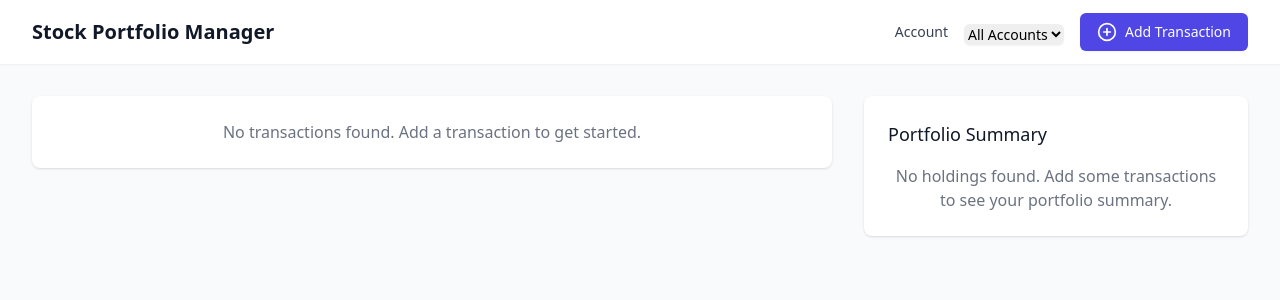
Repository: gpierre004/stock_portfolio_management
Page: /
These files come from the project's save history. The page is drawn as it stood at one moment and after the next save; the edit follows.
The browser window is 1280 px wide. The pictures show the whole page.
The page's requests for data from a server got no answer. The project was rebuilt for these pictures with package versions that can differ from the ones it lists, and the page was loaded fresh each time. No one was signed in, and anything a server would have sent is missing. Also part of the build but not shown: vite.config.ts, src/components/TransactionForm.tsx, src/components/ErrorBoundary.tsx.

Above is the page before, as saved 2024-11-22 21:20:51.

After the next save:
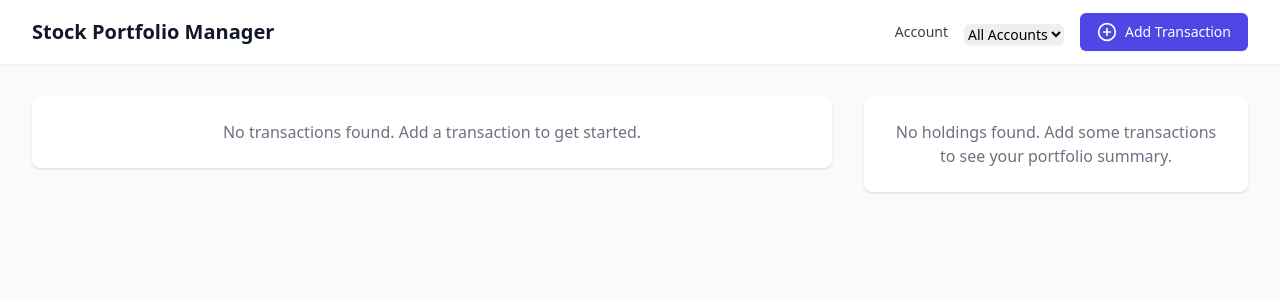
Saved 45 s later.
--- a/src/components/PortfolioSummary.tsx
+++ b/src/components/PortfolioSummary.tsx
@@ -1,15 +1,14 @@
 import React from 'react';
 import { useQuery } from '@tanstack/react-query';
 import axios from 'axios';
-import { PieChart, Pie, Cell, ResponsiveContainer, Legend } from 'recharts';
 import { ENDPOINTS } from '../config/api';
-
-const COLORS = ['#0088FE', '#00C49F', '#FFBB28', '#FF8042', '#8884d8'];
 
 interface Holding {
   ticker: string;
   total_quantity: number;
   total_value: number;
+  profit_loss?: number;
+  percent_change?: number;
 }
 
 interface PortfolioSummaryProps {
@@ -33,18 +32,18 @@ export default function PortfolioSummary({ accountId }: PortfolioSummaryProps) {
         throw error;
       }
     },
-    initialData: [], // Ensure we always have an array
+    initialData: [],
   });
 
   if (isLoading) {
     return (
-      <div className="bg-white shadow rounded-lg p-6">
-        <h2 className="text-lg font-medium text-gray-900 mb-4">Portfolio Summary</h2>
-        <div className="animate-pulse space-y-4">
-          <div className="h-4 bg-gray-200 rounded w-1/4"></div>
-          <div className="h-6 bg-gray-200 rounded w-1/2"></div>
-          <div className="h-64 bg-gray-200 rounded"></div>
-        </div>
+      <div className="grid grid-cols-1 md:grid-cols-2 lg:grid-cols-3 gap-6">
+        {[1, 2, 3].map((i) => (
+          <div key={i} className="bg-white shadow rounded-lg p-6 animate-pulse">
+            <div className="h-4 bg-gray-200 rounded w-1/4 mb-4"></div>
+            <div className="h-6 bg-gray-200 rounded w-1/2"></div>
+          </div>
+        ))}
       </div>
     );
   }
@@ -52,7 +51,6 @@ export default function PortfolioSummary({ accountId }: PortfolioSummaryProps) {
   if (isError) {
     return (
       <div className="bg-white shadow rounded-lg p-6">
-        <h2 className="text-lg font-medium text-gray-900 mb-4">Portfolio Summary</h2>
         <div className="text-red-600">
           {error instanceof Error ? error.message : 'An error occurred while fetching portfolio data'}
         </div>
@@ -65,7 +63,6 @@ export default function PortfolioSummary({ accountId }: PortfolioSummaryProps) {
   if (!safeHoldings.length) {
     return (
       <div className="bg-white shadow rounded-lg p-6">
-        <h2 className="text-lg font-medium text-gray-900 mb-4">Portfolio Summary</h2>
         <div className="text-gray-500 text-center">
           No holdings found. Add some transactions to see your portfolio summary.
         </div>
@@ -73,63 +70,53 @@ export default function PortfolioSummary({ accountId }: PortfolioSummaryProps) {
     );
   }
 
-  const totalValue = safeHoldings.reduce((sum, holding) => {
-    const value = typeof holding.total_value === 'number' ? holding.total_value : 0;
-    return sum + value;
-  }, 0);
+  return (
+    <div className="grid grid-cols-1 md:grid-cols-2 lg:grid-cols-3 gap-6">
+      {safeHoldings.map((holding) => (
+        <div key={holding.ticker} className="bg-white shadow rounded-lg p-6">
+          <div className="flex justify-between items-start mb-4">
+            <h3 className="text-xl font-semibold text-gray-900">{holding.ticker}</h3>
+            <span className={`text-sm font-medium px-2 py-1 rounded ${
+              (holding.percent_change || 0) >= 0
+                ? 'text-green-800 bg-green-100'
+                : 'text-red-800 bg-red-100'
+            }`}>
+              {(holding.percent_change || 0).toFixed(2)}%
+            </span>
+          </div>
 
-  return (
-    <div className="bg-white shadow rounded-lg p-6">
-      <h2 className="text-lg font-medium text-gray-900 mb-4">Portfolio Summary</h2>
+          <div className="grid grid-cols-2 gap-4">
+            <div>
+              <p className="text-sm text-gray-500">Total Invested</p>
+              <p className="text-lg font-semibold text-gray-900">
+                ${typeof holding.total_value === 'number' ? holding.total_value.toFixed(2) : '0.00'}
+              </p>
+            </div>
+            <div>
+              <p className="text-sm text-gray-500">Current Value</p>
+              <p className="text-lg font-semibold text-gray-900">
+                ${typeof holding.total_value === 'number' ? holding.total_value.toFixed(2) : '0.00'}
+              </p>
+            </div>
+          </div>
 
-      <div className="mb-6">
-        <p className="text-sm text-gray-500">Total Portfolio Value</p>
-        <p className="text-2xl font-semibold text-gray-900">
-          ${totalValue.toFixed(2)}
-        </p>
-      </div>
+          <div className="mt-4">
+            <p className="text-sm text-gray-500">Quantity</p>
+            <p className="text-lg font-semibold text-gray-900">
+              {typeof holding.total_quantity === 'number' ? holding.total_quantity.toFixed(5) : '0.00000'}
+            </p>
+          </div>
 
-      <div className="h-64">
-        <ResponsiveContainer width="100%" height="100%">
-          <PieChart>
-            <Pie
-              data={safeHoldings}
-              dataKey="total_value"
-              nameKey="ticker"
-              cx="50%"
-              cy="50%"
-              outerRadius={80}
-              label={({ ticker }) => ticker || 'Unknown'}
-            >
-              {safeHoldings.map((_, index) => (
-                <Cell key={`cell-${index}`} fill={COLORS[index % COLORS.length]} />
-              ))}
-            </Pie>
-            <Legend />
-          </PieChart>
-        </ResponsiveContainer>
-      </div>
-
-      <div className="mt-6">
-        <h3 className="text-sm font-medium text-gray-900 mb-3">Holdings</h3>
-        <div className="space-y-2">
-          {safeHoldings.map((holding) => (
-            <div key={holding.ticker || 'unknown'} className="flex justify-between">
-              <div>
-                <span className="text-sm font-medium text-gray-900">
-                  {holding.ticker || 'Unknown'}
-                </span>
-                <span className="text-sm text-gray-500 ml-2">
-                  ({typeof holding.total_quantity === 'number' ? holding.total_quantity.toFixed(5) : '0.00000'} shares)
-                </span>
-              </div>
-              <span className="text-sm text-gray-900">
-                ${typeof holding.total_value === 'number' ? holding.total_value.toFixed(2) : '0.00'}
-              </span>
-            </div>
-          ))}
+          <div className="mt-4">
+            <p className="text-sm text-gray-500">Profit/Loss</p>
+            <p className={`text-lg font-semibold ${
+              (holding.profit_loss || 0) >= 0 ? 'text-green-600' : 'text-red-600'
+            }`}>
+              ${typeof holding.profit_loss === 'number' ? Math.abs(holding.profit_loss).toFixed(2) : '0.00'}
+            </p>
+          </div>
         </div>
-      </div>
+      ))}
     </div>
   );
 }
